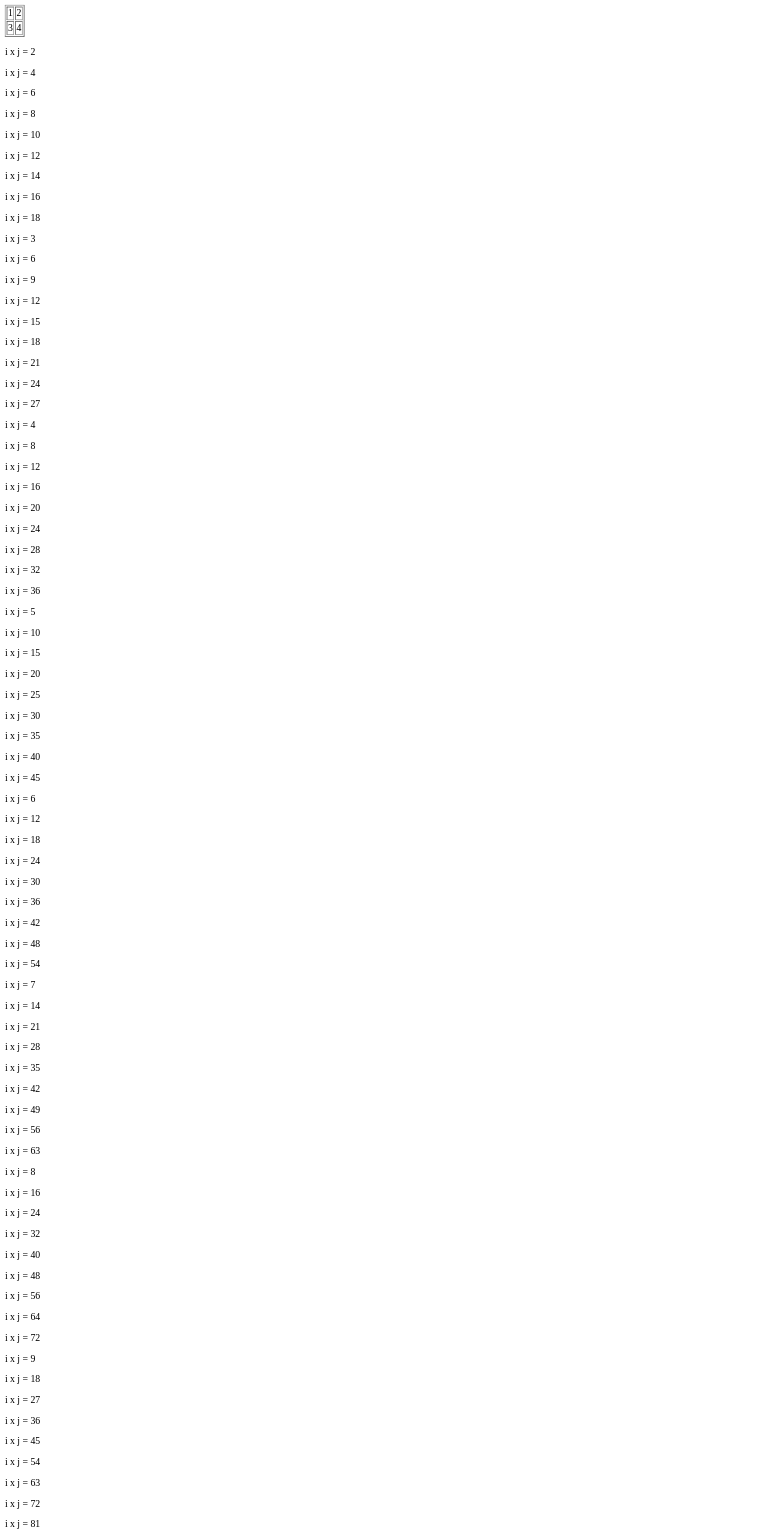
Repository: kvmhyvmvn/Study_JspServlet
Page: http://localhost/03.Tag/01.Script/Ex04For.jsp
The author's editor kept a copy of each file at every save. The page is drawn from the files as they stood at one save, then again after the next save.
The browser window is 1280 px wide. The pictures show the whole page, at 61% of full size.
The page is served by Tomcat 9.

Above is the page before, as saved 2023-05-19 02:08:47.

### WorkSpace/03.Tag/src/main/webapp/01.Script/Ex04For.jsp
<%@ page language="java" contentType="text/html; charset=UTF-8"
    pageEncoding="UTF-8"%>
<!DOCTYPE html>
<html>
<head>
<meta charset="UTF-8">
<title>Insert title here</title>
</head>
<body>
	<table border = 1px solid black">
		<tr>
			<td>1</td>
			<td>2</td>
		</tr>
		<tr>
			<td>3</td>
			<td>4</td>
		</tr>
	</table>


	<% for(int i=2; i<=9; i++) {
		for(int j=1; j<=9; j++) {%>
			<p>i x j = <%=i*j%></p>
		<%}
	}%>
</body>
</html>

After the next save:
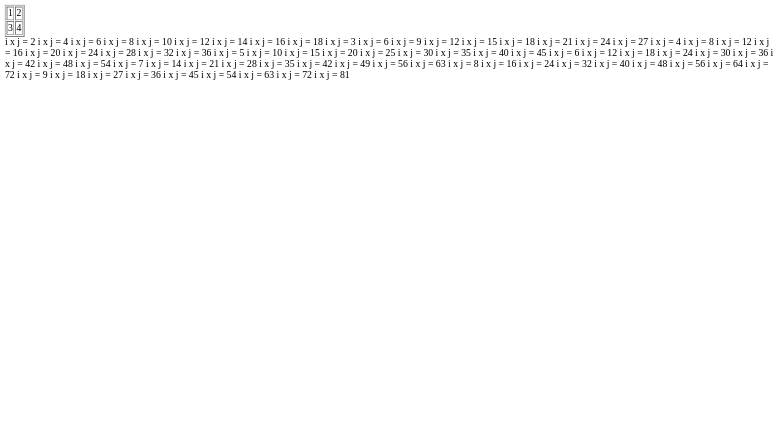
Saved 3 min 44 s later.
--- a/WorkSpace/03.Tag/src/main/webapp/01.Script/Ex04For.jsp
+++ b/WorkSpace/03.Tag/src/main/webapp/01.Script/Ex04For.jsp
@@ -19,10 +19,12 @@
 	</table>
 
 
-	<% for(int i=2; i<=9; i++) {
-		for(int j=1; j<=9; j++) {%>
-			<p>i x j = <%=i*j%></p>
-		<%}
-	}%>
+	<% for(int i=2; i<=9; i++) {%>
+		<%for(int j=1; j<=9; j++) {%>
+			<tr>
+			<td>i x j = <%=i*j%></td>
+			</tr>
+		<%}%>
+	<%}%>
 </body>
 </html>

After the 3 saves that followed:
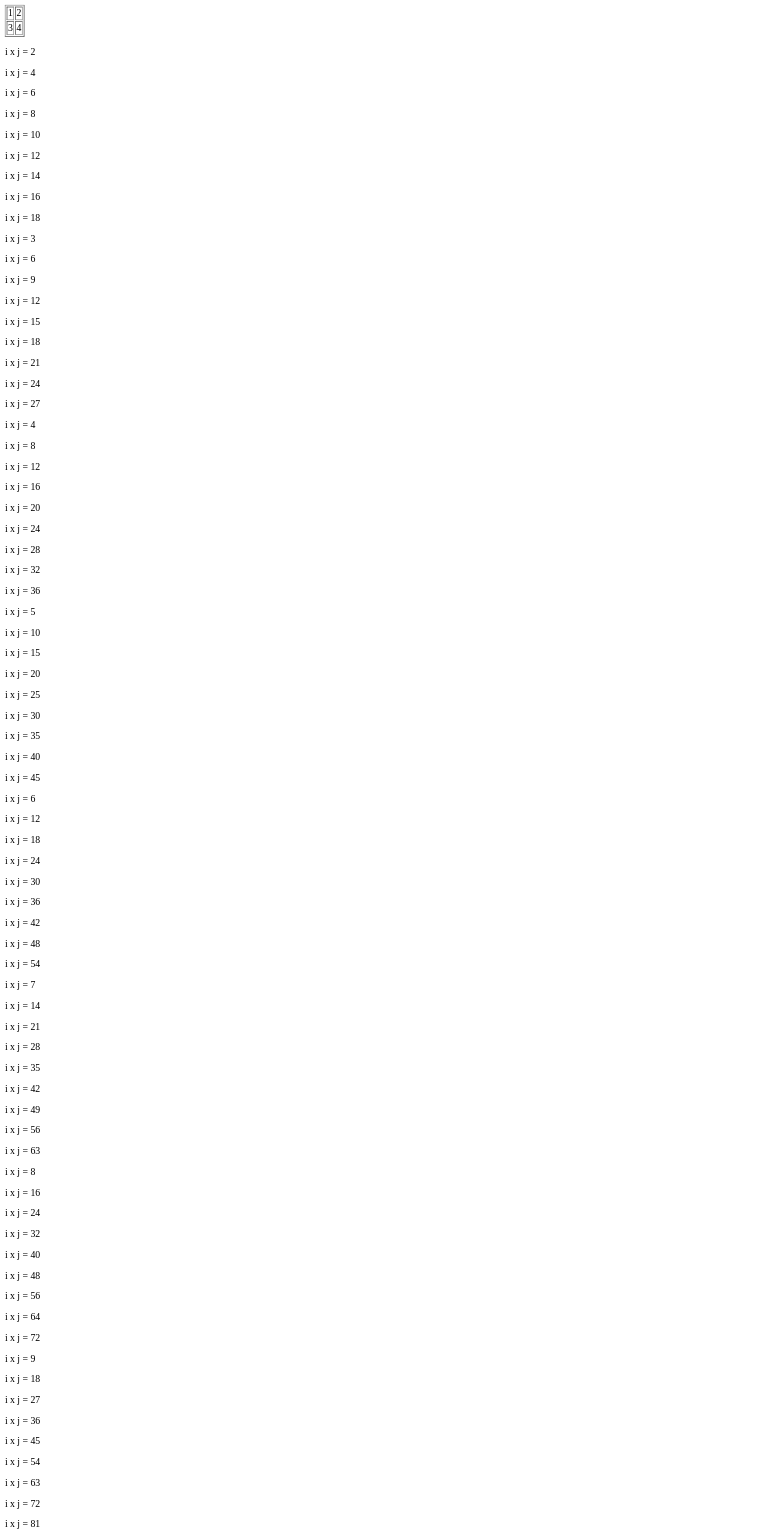
The 3 saves are shown as one change because 2 left the picture as it was.
The last was saved 75 s later.
--- a/WorkSpace/03.Tag/src/main/webapp/01.Script/Ex04For.jsp
+++ b/WorkSpace/03.Tag/src/main/webapp/01.Script/Ex04For.jsp
@@ -19,12 +19,10 @@
 	</table>
 
 
-	<% for(int i=2; i<=9; i++) {%>
-		<%for(int j=1; j<=9; j++) {%>
-			<tr>
-			<td>i x j = <%=i*j%></td>
-			</tr>
-		<%}%>
-	<%}%>
+	<% for(int i=2; i<=9; i++) {
+		for(int j=1; j<=9; j++) {%>
+			<p>i x j = <%=i*j%></p>
+		<%}
+	}%>
 </body>
 </html>
